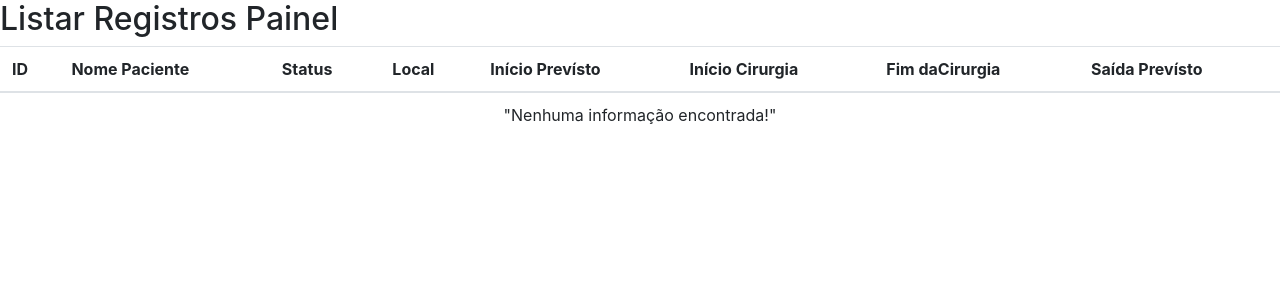
Repository: eduardo-r-jesus/Projeto_Centro_Cirurgico
Page: http://localhost/centro_cirurgico_web/formListaPainel.jsp
An editor plug-in stored every save of this project. The page is shown before and after the next save, followed by the edit.
The browser window is 1280 px wide. The pictures show the whole page.
The page is served by Tomcat 9. Other server files are loaded and not shown. Queries for data that is not in the repository find no rows.

Above is the page before, as saved 2021-09-09 19:42:41.

### centro_cirurgico_web/src/main/webapp/formListaPainel.jsp
<%@page import="java.io.PrintWriter"%>
<%@page import="org.cc.model.Painel"%>
<%@page import="org.cc.dao.PainelDao"%>
<%@page import="java.util.List"%>
<%@page import="org.cc.model.Usuario"%>
<%@page import="org.cc.dao.UsuarioDao"%>
<%@ page language="java" contentType="text/html; charset=UTF-8"
	pageEncoding="UTF-8"%>

<head>
<meta charset="UTF-8">
<title>Listar Registros Painel</title>
<meta name="viewport" content="width=device-width, initial-scale=1">
<link rel="stylesheet" href="css/bootstrap.min.css">
<link rel="stylesheet" href="css/estilo.css">
</head>

<h2>Listar Registros Painel</h2>
<%
PrintWriter saida = response.getWriter();
%>

<table class="table table-hover">
	<thead>
		<tr>
			<th>ID</th>
			<th>Nome Paciente</th>
			<th>Status</th>
			<th>Local</th>
			<th>Início Prevísto</th>
			<th>Início Cirurgia</th>
			<th>Fim daCirurgia</th>
			<th>Saída Prevísto</th>
		</tr>
	</thead>
		<%
		PainelDao objPaiDao = new PainelDao();
		List<Painel> ls = objPaiDao.listarRegistrosPainel();

		if (ls.size() > 0) {
			for (Painel painel : ls) {
		%>

		<tr
			onclick="window.location.href = 'formGerenciaPainel.jsp?id=<%=painel.getId()%>'">
			<td><%=painel.getId()%></td>
			<td><%=painel.getNomePaciente()%></td>

			<%
			if(painel.getStatus().equals("operatorio")){
			%>
				<td class="operatorio"><%=painel.getStatus()%></td>
			<%
			}else if(painel.getStatus().equals("sala-cirurgica")){%>
				<td class="salaCirurgia"><%=painel.getStatus()%></td>
			<%
			}else if(painel.getStatus().equals("recuperacao")){%>
				<td class="recuperacao"><%=painel.getStatus()%></td>
			<%
			}else if(painel.getStatus().equals("transferido")){%>
				<td class="transferido"><%=painel.getStatus()%></td>
			<%
			}else{%>
				<td><%=painel.getStatus()%></td>
			<%}%>
			<td><%=painel.getLocal()%></td>
			<td><%=painel.getInicioPrevisto()%></td>
			<td><%=painel.getInicioCirurgia()%></td>
			<td><%=painel.getFimCirurgia()%></td>
			<td><%=painel.getSaidaPrevista()%></td>
		</tr>

		<%
		}
		%>



		<%
		} else {
		%>
		<tr>
			<td colspan="8" style="text-align: center">"Nenhuma informação
				encontrada!"</td>
		</tr>
		<%
		}
		%>
</table>

### centro_cirurgico_web/src/main/java/org/cc/dao/PainelDao.java
package org.cc.dao;

import java.sql.Connection;
import java.sql.PreparedStatement;
import java.sql.ResultSet;
import java.util.ArrayList;
import java.util.List;

import org.cc.conexao.Conexao;
import org.cc.model.Painel;

public class PainelDao {

	public boolean adicionarRegistroPacienePainel(Painel objPnl) {
		try {
			Connection cont = Conexao.conectar();

			String sql = "insert into painel (nome_paciente, status, local, inicio_previsto, inicio_cirurgia, fim_cirurgia, saida_prevista)"
					+ "values(?, ?, ?, ?, ?, ?, ?)";
			PreparedStatement pst = cont.prepareStatement(sql);
			pst.setString(1, objPnl.getNomePaciente());
			pst.setString(2, objPnl.getStatus());
			pst.setString(3, objPnl.getLocal());
			pst.setString(4, objPnl.getInicioPrevisto());
			pst.setString(5, objPnl.getInicioCirurgia());
			pst.setString(6, objPnl.getFimCirurgia());
			pst.setString(7, objPnl.getSaidaPrevista());
			pst.execute();
			pst.close();
			cont.close();
			return true;
		} catch (Exception e) {
			e.printStackTrace();
		}
		return false;
	}

	public boolean alterarRegistroPacienePainel(Painel objPnl) {
		try {
			Connection cont = Conexao.conectar();

			String sql = "update painel set nome_paciente = ?, status = ?, local = ?, inicio_previsto = ?, inicio_cirurgia = ?, fim_cirurgia = ?, saida_prevista = ? where id = ?";

			PreparedStatement pst = cont.prepareStatement(sql);
			pst.setString(1, objPnl.getNomePaciente());
			pst.setString(2, objPnl.getStatus());
			pst.setString(3, objPnl.getLocal());
			pst.setString(4, objPnl.getInicioPrevisto());
			pst.setString(5, objPnl.getInicioCirurgia());
			pst.setString(6, objPnl.getFimCirurgia());
			pst.setString(7, objPnl.getSaidaPrevista());
			pst.setInt(8, objPnl.getId());
			pst.execute();
			pst.close();
			cont.close();
			return true;
		} catch (Exception e) {
			e.printStackTrace();
		}
		return false;
	}


	public boolean excluirRegistroPacienePainel(int id) {
		try {
			Connection cont = Conexao.conectar();

			String sql = "delete from painel where id = ?";

			PreparedStatement pst = cont.prepareStatement(sql);
			pst.setInt(1, id);
			pst.execute();
			pst.close();
			cont.close();
			return true;
		} catch (Exception e) {
			e.printStackTrace();
		}
		return false;
	}

	public Painel getRegistroPainel(int id) {
		Painel pnl = new Painel();

		try {
			Connection cont = Conexao.conectar();
			PreparedStatement pst = cont.prepareStatement("select * from painel where id = ?");
			pst.setInt(1, id);
			ResultSet rs = pst.executeQuery();
			while (rs.next()) {
				pnl.setId(rs.getInt("id"));
				pnl.setNomePaciente(rs.getString("nome_paciente"));
				pnl.setStatus(rs.getString("status"));
				pnl.setLocal(rs.getString("local"));
				pnl.setInicioPrevisto(rs.getString("inicio_previsto"));
				pnl.setInicioCirurgia(rs.getString("inicio_cirurgia"));
				pnl.setFimCirurgia(rs.getString("fim_cirurgia"));
				pnl.setSaidaPrevista(rs.getString("saida_prevista"));
			}
			cont.close();
		} catch (Exception e) {
			// TODO: handle exception
			e.printStackTrace();
		}

		return pnl;
	}

	public List<Painel> listarRegistrosPainel() {
		List<Painel> ls = new ArrayList<>();
		try {
			Connection cont = Conexao.conectar();
			PreparedStatement pst = cont.prepareStatement("select * from painel order by id");
			ResultSet rs = pst.executeQuery();
			while (rs.next()) {
				Painel pnl = new Painel();
				pnl.setId(rs.getInt("id"));
				pnl.setNomePaciente(rs.getString("nome_paciente"));
				pnl.setStatus(rs.getString("status"));
				pnl.setLocal(rs.getString("local"));
				pnl.setInicioPrevisto(rs.getString("inicio_previsto"));
				pnl.setInicioCirurgia(rs.getString("inicio_cirurgia"));
				pnl.setFimCirurgia(rs.getString("fim_cirurgia"));
				pnl.setSaidaPrevista(rs.getString("saida_prevista"));
				ls.add(pnl);
			}
			cont.close();
		} catch (Exception e) {
			// TODO: handle exception
			e.printStackTrace();
		}

		return ls;
	}


}

### centro_cirurgico_web/src/main/java/org/cc/conexao/Conexao.java
package org.cc.conexao;
import java.sql.Connection;
import java.sql.DriverManager;

public class Conexao {

	public static Connection conectar(){
		try {
			Class.forName("org.postgresql.Driver");
			String url = "jdbc:postgresql://chunee.db.elephantsql.com:5432/ebjmmhdn";
			String usuarioDb = "ebjmmhdn";
			String senhaDb = "Q_lQBrTw3n5KYMr1FTCsDHp09OO4jpXR";
			return DriverManager.getConnection(url, usuarioDb, senhaDb);
		} catch (Exception e) {
			System.out.println("Erro de Conexão");
			e.printStackTrace();
			return null;
		}



	}
}

### centro_cirurgico_web/src/main/webapp/css/estilo.css

fieldset{
    width: 25%;
    height: 100%;
    margin: auto;
    border: 2px solid green;
    border-radius: 5px;
    margin-top: 40px;
}

legend{
   font-family: Helvetica, sans-serif;
   font-size: 16px;
   font-weight: bold;
}

.texto{
   margin-top: 20px;
   margin-bottom:10px;
   text-align: center;
   font-family: Helvetica, sans-serif;
   font-size: 16px;
   font-weight: bold;
}

input[type=email], input[type=password], input[type=radio], input[type=text], input[type=time]{
    border: 2px solid green;
    border-radius: 5px;
}

.borda{
	border: 2px solid green;
    border-radius: 5px;
}

input[type=email]:focus, input[type=password]:focus{
    background-color: #ffef01;
}

input[type=radio]{
	border-left: 5px;
}
.espacamento{
	margin-left: 30px;
}

.larguraTexto{
	height: 30px;
    display: block;
    width: 80%;
    margin: auto;
    margin-bottom: 10px;
}

.centro_img{
	width: 15em;
	text-align: center;
	border: solid 1px;
	color:yellow;
	margin: auto;
	margin-top: 30px;
}

.centro{
	text-align: center;
	margin-top: 30px;
}

.bt{
    border: 2px solid green;
    border-radius: 5px;
    background-color: green;
    color: #FFF;
    padding: 5px 10px;
    font-weight: bold;
    text-decoration: none;
    margin-top: 4px;
    margin-left: 5px;
}

.bt:hover{
    background-color: #FFF;
    color: green;
    cursor: pointer;
}

.bt_acessar a{
	color: #ffc107;
	border: 1px solid #ffc107;
    border-radius: 5px;
    padding: 2px 4px;
    text-decoration: none;
	float: right;
	margin-top: 2em;
	margin-right: 6em;
}

.bt_acessar a:hover{
	color: #fff;
	background-color: #ffc107;
}

#botao_direita a:hover{
	 text-decoration: none;
	 border-left: 200px;
	 color: #fff;
}

 ul{
    background-color: green;
    list-style-type: none;
    margin: 0;
    padding: 0;
    overflow: hidden;
}

li{
    float: left;
}

li a {
	display: inline-block;
    color:#FFF;
    padding: 16px;
    display: block;
    text-align: center;
    text-decoration: none;
}

li a:hover{
    background-color: yellow;
    color:green;
    text-decoration: none;
}

tr{
	cursor: pointer;
}

.operatorio{
	background-color: #fbd972;
}

.salaCirurgia{
	background-color: #fd5766;
}

.recuperacao{
	background-color: #89e89f;
}

.transferido{
	background-color: #b8daff;
}

Loaded but not shown: centro_cirurgico_web/src/main/webapp/css/bootstrap.min.css (library)

After the next save:
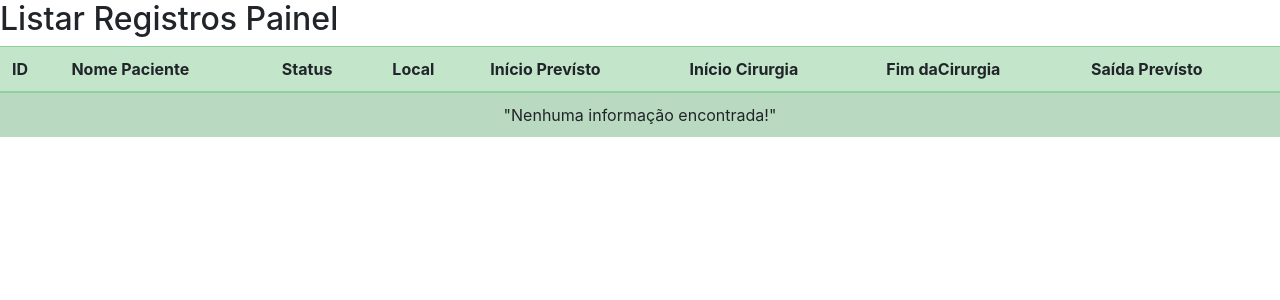
Saved 3 min 10 s later.
--- a/centro_cirurgico_web/src/main/webapp/formListaPainel.jsp
+++ b/centro_cirurgico_web/src/main/webapp/formListaPainel.jsp
@@ -20,7 +20,7 @@
 PrintWriter saida = response.getWriter();
 %>
 
-<table class="table table-hover">
+<table class="table table-success table-striped table-hover">
 	<thead>
 		<tr>
 			<th>ID</th>
